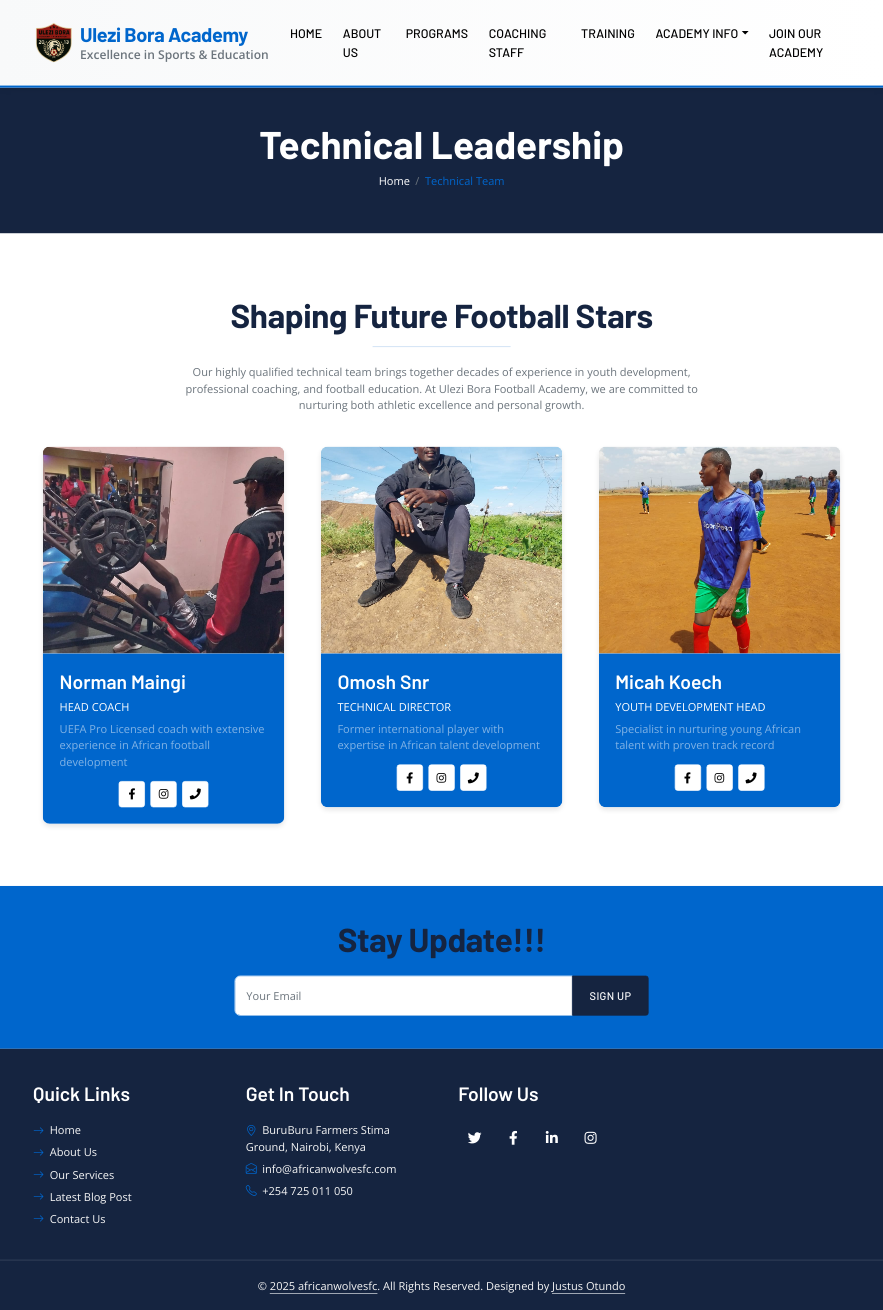
Repository: Justus-Otundo/uleziborafc
Page: coachingstaff.html
The author's editor kept a copy of each file at every save. The page is drawn from the files as they stood at one save, then again after the next save.
The browser window is 1280 px wide. The pictures show the whole page, at 69% of full size.
Some web libraries are served in a nearby version.

Above is the page before, as saved 2025-07-15 12:36:48.

After the next save:
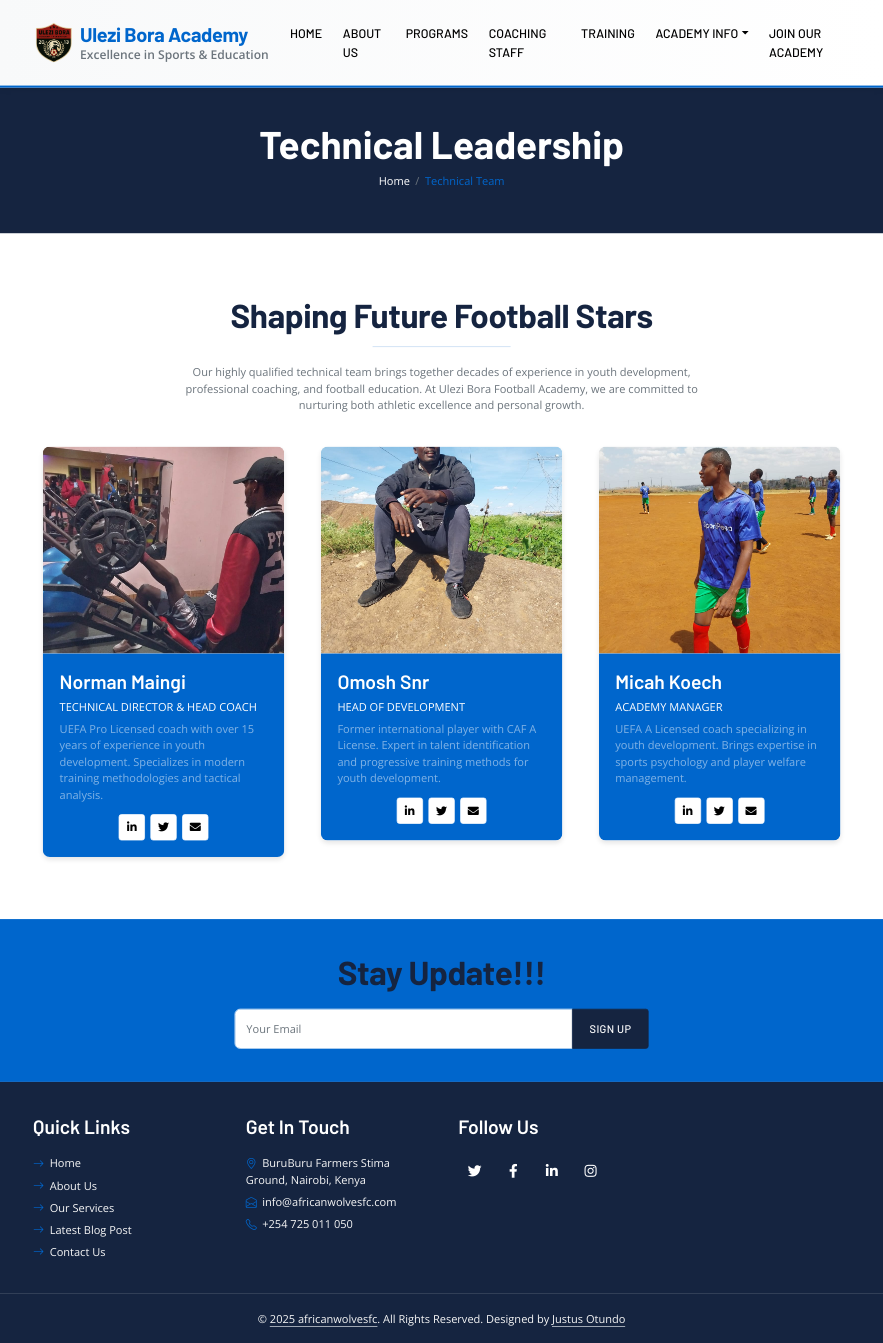
Saved 63 s later.
--- a/coachingstaff.html
+++ b/coachingstaff.html
@@ -58,54 +58,63 @@
         </div>
         <div class="row g-4 justify-content-center">
             <div class="col-lg-4 col-md-6">
-                <div class="team-card">
+                <div class="team-card position-relative overflow-hidden">
                     <div class="team-image-container">
                         <img class="team-image" src="img/coachmaingi.jpeg" alt="Head Coach">
+                        <div class="team-overlay">
+                            <p class="text-white small px-3">"Developing young talent is not just about teaching football skills; it's about building character, discipline, and a winning mentality."</p>
+                        </div>
                     </div>
                     <div class="team-info">
                         <h3 class="text-white">Norman Maingi</h3>
-                        <p class="text-white text-uppercase mb-2">Head Coach</p>
-                        <p class="text-white-50 mb-3">UEFA Pro Licensed coach with extensive experience in African football development</p>
+                        <p class="text-white text-uppercase mb-2">Technical Director & Head Coach</p>
+                        <p class="text-white-50 mb-3">UEFA Pro Licensed coach with over 15 years of experience in youth development. Specializes in modern training methodologies and tactical analysis.</p>
                         <div class="d-flex justify-content-center">
-                            <a class="btn btn-square btn-light me-2" href="#"><i class="fab fa-facebook-f"></i></a>
-                            <a class="btn btn-square btn-light me-2" href="#"><i class="fab fa-instagram"></i></a>
-                            <a class="btn btn-square btn-light" href="#"><i class="fas fa-phone"></i></a>
+                            <a class="btn btn-square btn-light me-2" href="#" title="Connect on LinkedIn"><i class="fab fa-linkedin-in"></i></a>
+                            <a class="btn btn-square btn-light me-2" href="#" title="Follow on Twitter"><i class="fab fa-twitter"></i></a>
+                            <a class="btn btn-square btn-light" href="#" title="Contact"><i class="fas fa-envelope"></i></a>
                         </div>
                     </div>
                 </div>
             </div>
 
             <div class="col-lg-4 col-md-6">
-                <div class="team-card">
+                <div class="team-card position-relative overflow-hidden">
                     <div class="team-image-container">
-                        <img class="team-image" src="img/omosh.jpeg" alt="Technical Director">
+                        <img class="team-image" src="img/omosh.jpeg" alt="Head of Development">
+                        <div class="team-overlay">
+                            <p class="text-white small px-3">"Our focus is on creating a comprehensive development pathway that nurtures both athletic and academic excellence."</p>
+                        </div>
                     </div>
                     <div class="team-info">
                         <h3 class="text-white">Omosh Snr</h3>
-                        <p class="text-white text-uppercase mb-2">Technical Director</p>
-                        <p class="text-white-50 mb-3">Former international player with expertise in African talent development</p>
+                        <p class="text-white text-uppercase mb-2">Head of Development</p>
+                        <p class="text-white-50 mb-3">Former international player with CAF A License. Expert in talent identification and progressive training methods for youth development.</p>
                         <div class="d-flex justify-content-center">
-                            <a class="btn btn-square btn-light me-2" href="#"><i class="fab fa-facebook-f"></i></a>
-                            <a class="btn btn-square btn-light me-2" href="#"><i class="fab fa-instagram"></i></a>
-                            <a class="btn btn-square btn-light" href="#"><i class="fas fa-phone"></i></a>
+                            <a class="btn btn-square btn-light me-2" href="#" title="Connect on LinkedIn"><i class="fab fa-linkedin-in"></i></a>
+                            <a class="btn btn-square btn-light me-2" href="#" title="Follow on Twitter"><i class="fab fa-twitter"></i></a>
+                            <a class="btn btn-square btn-light" href="#" title="Contact"><i class="fas fa-envelope"></i></a>
                         </div>
                     </div>
                 </div>
             </div>
 
             <div class="col-lg-4 col-md-6">
-                <div class="team-card">
+                <div class="team-card position-relative overflow-hidden">
                     <div class="team-image-container">
-                        <img class="team-image" src="img/micah.jpeg" alt="Youth Development Head">
+                        <img class="team-image" src="img/micah.jpeg" alt="Academy Manager">
+                        <div class="team-overlay">
+                            <p class="text-white small px-3">"We believe in holistic development - creating not just better players, but better individuals for society."</p>
+                        </div>
                     </div>
                     <div class="team-info">
                         <h3 class="text-white">Micah Koech</h3>
-                        <p class="text-white text-uppercase mb-2">Youth Development Head</p>
-                        <p class="text-white-50 mb-3">Specialist in nurturing young African talent with proven track record</p>
+                        <p class="text-white text-uppercase mb-2">Academy Manager</p>
+                        <p class="text-white-50 mb-3">UEFA A Licensed coach specializing in youth development. Brings expertise in sports psychology and player welfare management.</p>
                         <div class="d-flex justify-content-center">
-                            <a class="btn btn-square btn-light me-2" href="#"><i class="fab fa-facebook-f"></i></a>
-                            <a class="btn btn-square btn-light me-2" href="#"><i class="fab fa-instagram"></i></a>
-                            <a class="btn btn-square btn-light" href="#"><i class="fas fa-phone"></i></a>
+                            <a class="btn btn-square btn-light me-2" href="#" title="Connect on LinkedIn"><i class="fab fa-linkedin-in"></i></a>
+                            <a class="btn btn-square btn-light me-2" href="#" title="Follow on Twitter"><i class="fab fa-twitter"></i></a>
+                            <a class="btn btn-square btn-light" href="#" title="Contact"><i class="fas fa-envelope"></i></a>
                         </div>
                     </div>
                 </div>
